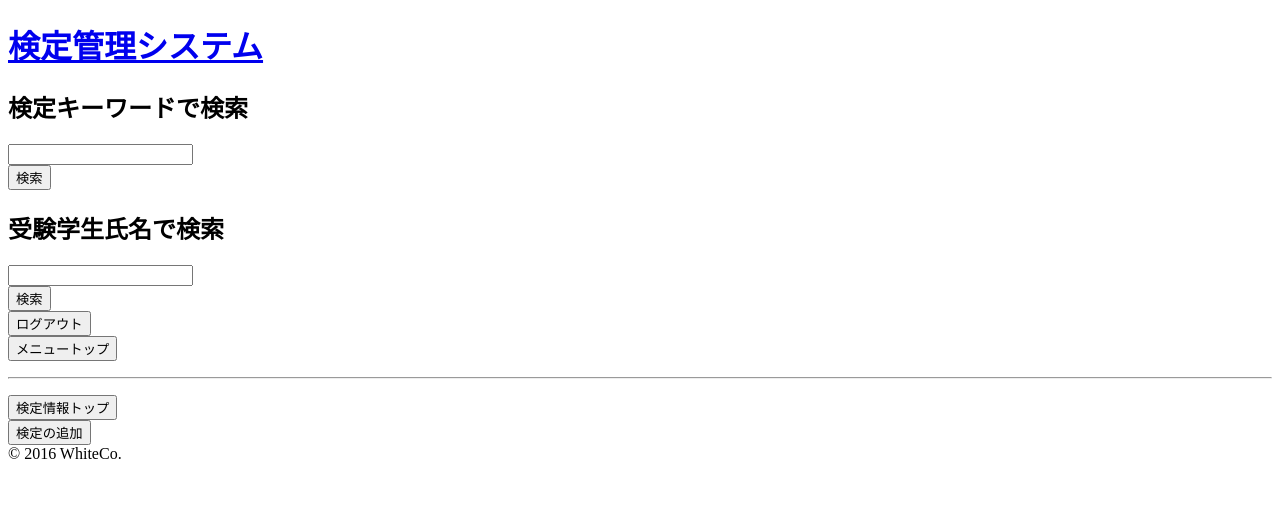
Repository: takatanbook/sample
Page: http://localhost/testmanagement/view/test_list.jsp
The author's editor kept a copy of each file at every save. The page is drawn from the files as they stood at one save, then again after the next save.
The browser window is 1280 px wide. The pictures show the whole page.
The page is served by Tomcat 9. Other server files are loaded and not shown.

Above is the page before, as saved 2016-07-11 03:10:08.

### white_version_1/white/testmanagement/view/test_list.jsp
<!DOCTYPE html>
<html>
<head>
<meta http-equiv="Content-Type" content="text/html; charset=Shift_JIS">
<title>検定管理システム</title>
<%@page pageEncoding="UTF-8" contentType="text/html; charset=UTF-8" %>
<link href="<%=request.getContextPath() %>/view/css/style.css" rel="stylesheet" type="text/css" />
<script src="<%=request.getContextPath() %>/view/js/jquery-1.11.3.min.js"></script>
<script type="text/javascript">
$(function(){
    $('a,a img,button').css({
        opacity: 1.0,
        filter: "alpha(opacity=100)"
        }).hover(function(){
            $(this).fadeTo(200,0.6);
        },function(){
            $(this).fadeTo(200,1.0);
    })
});
</script>
</head>
<body>

<header><h1><a href="main_admin.html">検定管理システム</a></h1></header>
<% String err = (String)request.getAttribute("errMsg");%>
<div class="main">

	<div class="info">
	<h2>検定キーワードで検索</h3>

	<form action="<%=request.getContextPath() %>/seachtestinfo" method="POST">
	<%if(err != null) {%><%= err %>><% }%>
	<input type="text" name="keyword"><br>
	<button class="button1" type="submit">検索</button>
	</form>

	<h2>受験学生氏名で検索</h2>

	<form action ="<%=request.getContextPath() %>/seachStudenttesthistory" method="POST">

	<input type="text" name="keyword"><br>
	<button class="button1" type="submit">検索</button>
	</form>
	</div>

	<div class="side">
	<form action="<%=request.getContextPath() %>/logout"><button class="menu" type="submit">ログアウト</button></form>
	<form action="<%=request.getContextPath() %>/admintop"><button class="menu" type="submit">メニュートップ</button></form>

	<p><hr></p>

	<form action="<%=request.getContextPath() %>/admintestview" method="POST"><button class="menu" type="submit">検定情報トップ</button></form>
	<form action="test_add.html" method="POST"><button class="menu" type="submit">検定の追加</button></form>
	</div>

</div>

<footer>&copy; 2016 WhiteCo.</footer>

</body>
</html>

Loaded but not shown: white_version_1/white/testmanagement/view/js/jquery-1.11.3.min.js (library); white_version_1/white/testmanagement/view/css/style.css (no copy from this time; the picture is the same without it)

After the next save:
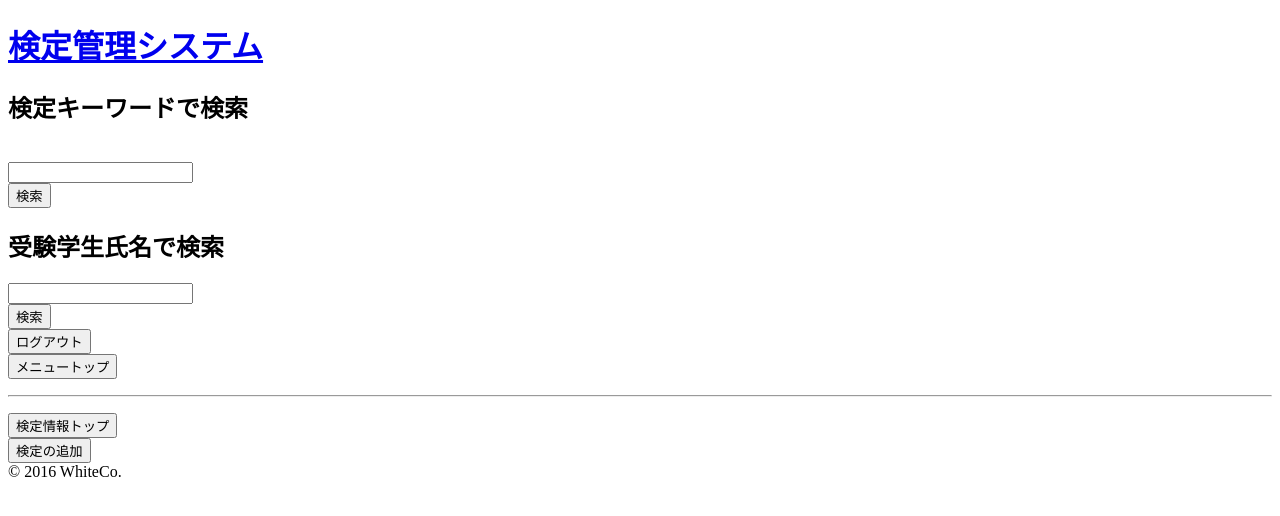
Saved 5 min 32 s later.
--- a/white_version_1/white/testmanagement/view/test_list.jsp
+++ b/white_version_1/white/testmanagement/view/test_list.jsp
@@ -29,7 +29,7 @@ $(function(){
 	<h2>検定キーワードで検索</h3>
 
 	<form action="<%=request.getContextPath() %>/seachtestinfo" method="POST">
-	<%if(err != null) {%><%= err %>><% }%>
+	<%if(err != null) {%><%= err %>><% }%><br />
 	<input type="text" name="keyword"><br>
 	<button class="button1" type="submit">検索</button>
 	</form>
